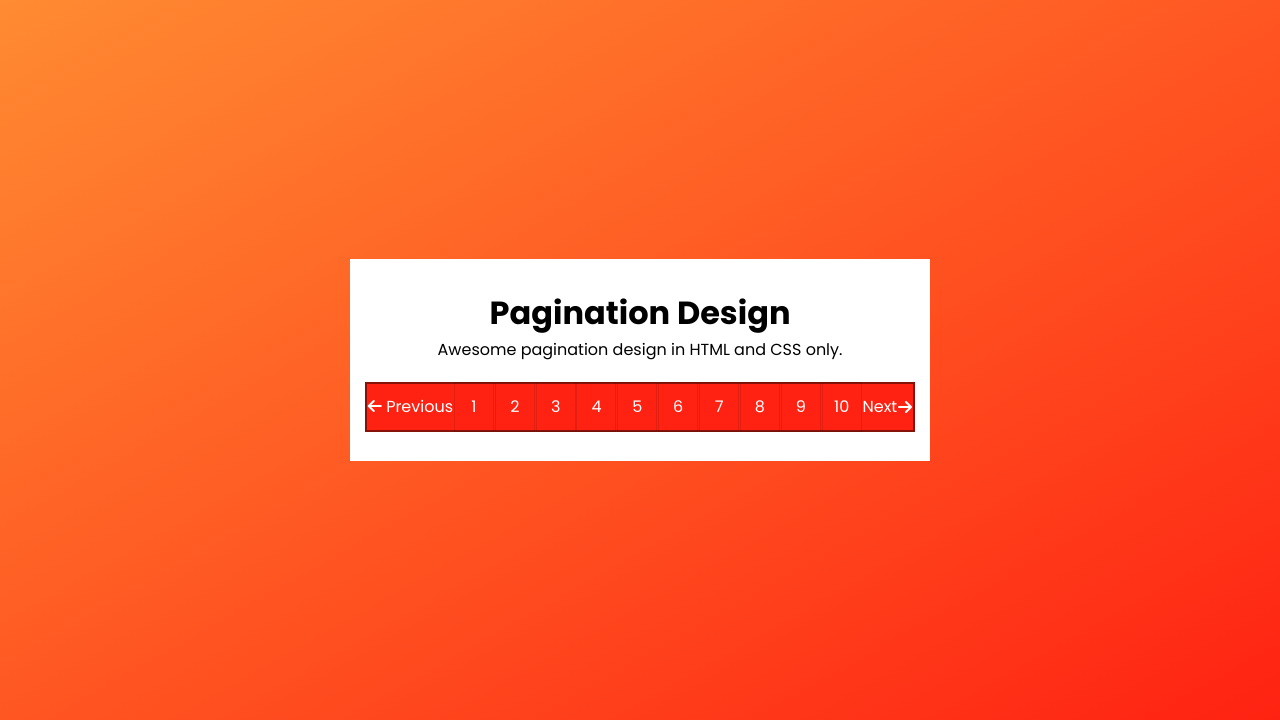
Repository: Ankitkr2021/Awesome-Pagination
Page: index.html
The author's editor kept a copy of each file at every save. The page is drawn from the files as they stood at one save, then again after the next save.
The browser window is 1280 px wide. The pictures show the whole page.

Above is the page before, as saved 2025-10-02 09:11:55.

After the next save:
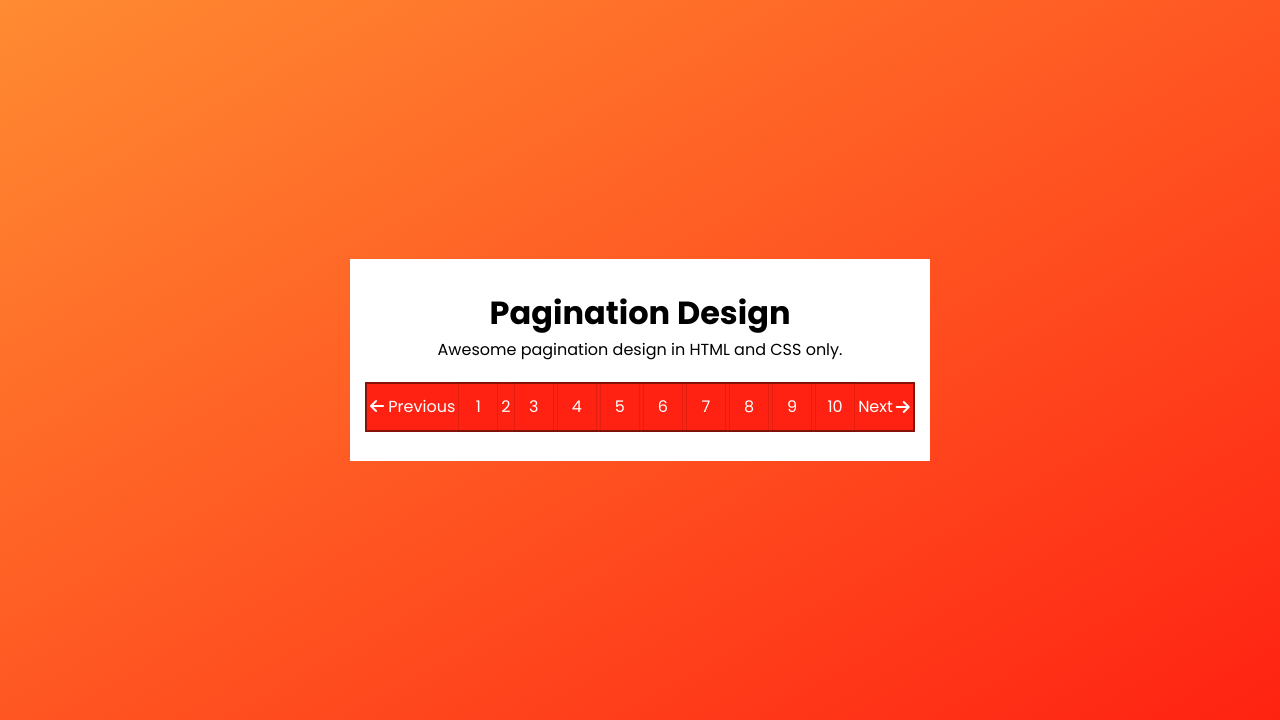
Saved 24 s later.
--- a/index.html
+++ b/index.html
@@ -14,7 +14,7 @@
         <div class="box">
              <div><i class="fas fa-arrow-left"></i> Previous</div>
             <div style="width: 40px;height: 50px; border: 1px solid rgba(0, 0, 0, 0.1);display: flex; justify-content: center; align-items: center;">1</div>
-            <div style="width: 40px;height: 50px; border: 1px solid rgba(0, 0, 0, 0.1);display: flex; justify-content: center; align-items: center;">2</div>
+            <div >2</div>
             <div style="width: 40px;height: 50px; border: 1px solid rgba(0, 0, 0, 0.1);display: flex; justify-content: center; align-items: center;">3</div>
             <div style="width: 40px;height: 50px; border: 1px solid rgba(0, 0, 0, 0.1);display: flex; justify-content: center; align-items: center;">4</div>
             <div style="width: 40px;height: 50px; border: 1px solid rgba(0, 0, 0, 0.1);display: flex; justify-content: center; align-items: center;">5</div>

After the save that followed:
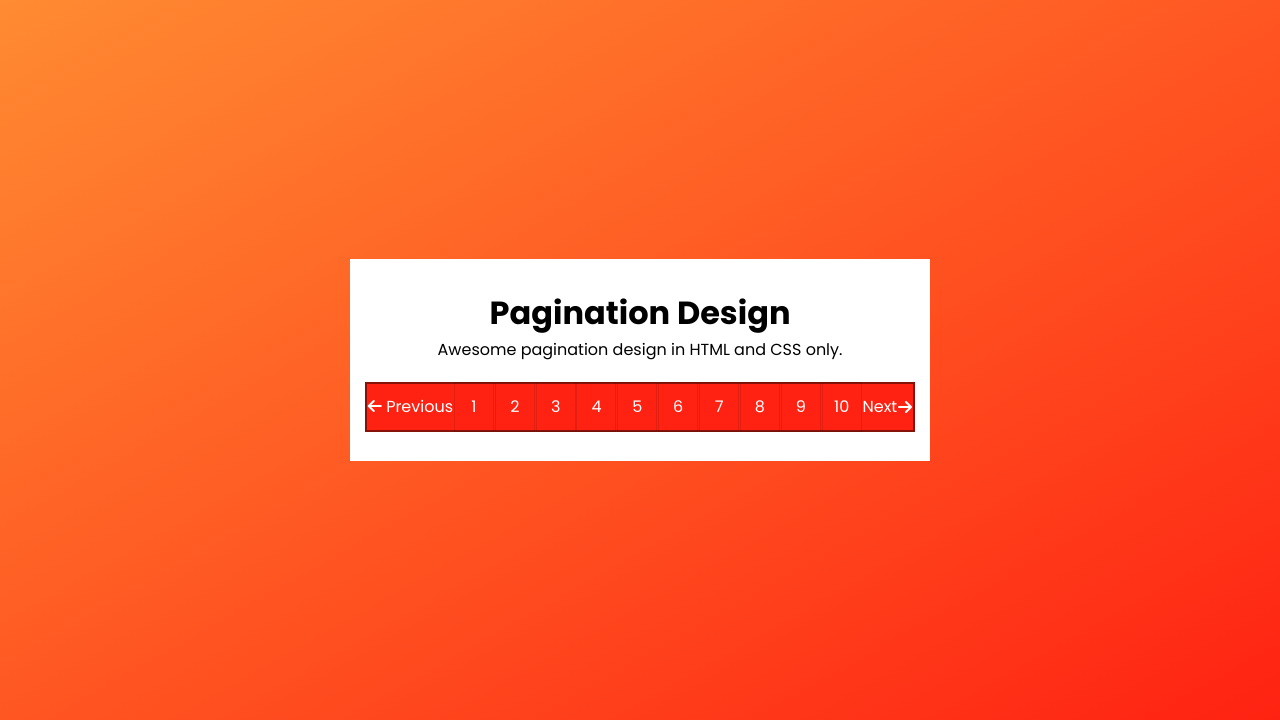
Saved 4 s later.
--- a/index.html
+++ b/index.html
@@ -14,7 +14,7 @@
         <div class="box">
              <div><i class="fas fa-arrow-left"></i> Previous</div>
             <div style="width: 40px;height: 50px; border: 1px solid rgba(0, 0, 0, 0.1);display: flex; justify-content: center; align-items: center;">1</div>
-            <div >2</div>
+            <div style="width: 40px;height: 50px; border: 1px solid rgba(0, 0, 0, 0.1);display: flex; justify-content: center; align-items: center;">2</div>
             <div style="width: 40px;height: 50px; border: 1px solid rgba(0, 0, 0, 0.1);display: flex; justify-content: center; align-items: center;">3</div>
             <div style="width: 40px;height: 50px; border: 1px solid rgba(0, 0, 0, 0.1);display: flex; justify-content: center; align-items: center;">4</div>
             <div style="width: 40px;height: 50px; border: 1px solid rgba(0, 0, 0, 0.1);display: flex; justify-content: center; align-items: center;">5</div>
